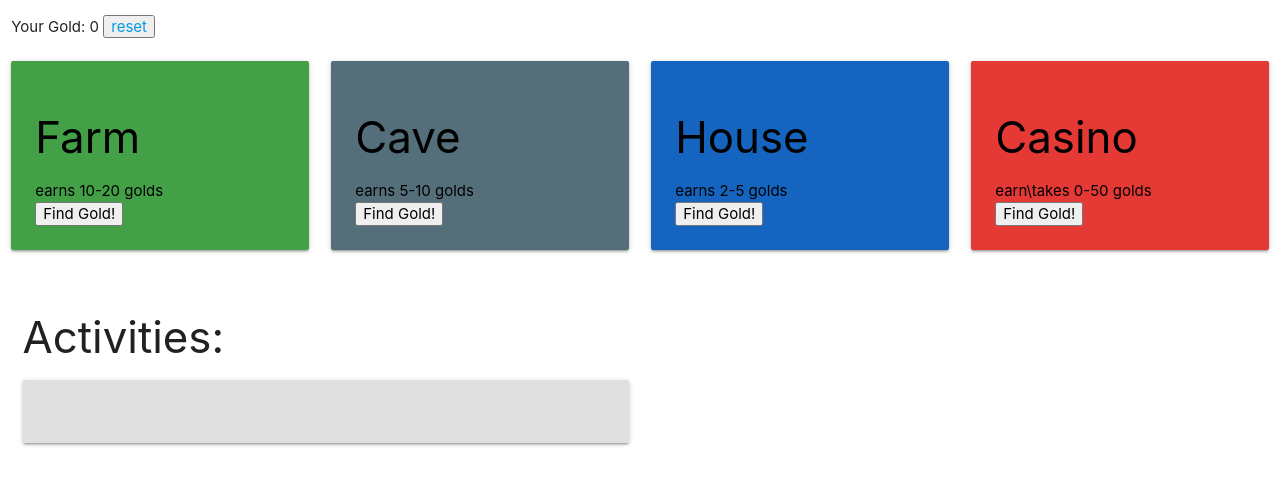
Repository: bvnger/Ninja_gold_flask
Page: http://localhost/
An editor plug-in stored every save of this project. The page is shown before and after the next save, followed by the edit.
The browser window is 1280 px wide. The pictures show the whole page.
The page is served by the project's application, run on Flask 3 (server.py).

Above is the page before, as saved 2019-11-04 14:32:36.

### templates/index.html
<!DOCTYPE html>
<html lang="en" dir="ltr">
  <head>
    <meta charset="utf-8">
    <title></title>
     <!--Import Google Icon Font-->
     <link href="https://fonts.googleapis.com/icon?family=Material+Icons" rel="stylesheet">
     <!--Import materialize.css-->
     <link type="text/css" rel="stylesheet" href="https://cdnjs.cloudflare.com/ajax/libs/materialize/1.0.0/css/materialize.css"  media="screen,projection"/>
     <!-- https://cdnjs.cloudflare.com/ajax/libs/materialize/1.0.0/css/materialize.css -->
  </head>
<body>
<div class="row">
<div class ="col s12">

        <div  action ="/process">
            <div class ="top">
            <p>Your Gold: {{session['gold']}}
            <button>
            <a href="/reset" > reset</a> </button>
            </div>
            <!-- ########################             -->
<div class ="mid"> <!--#start of buildings-->
<div class="row">

<form class="col s3" action="/process" method="POST">
    <div class="card green darken-1">
    <div class ="card-content black-text">
    <h3>Farm</h3>
    <p>earns 10-20 golds</p>
    <input type="hidden" name="building"  value="farm"></input>
    <button type="submit">Find Gold!</button>
</form>
</div>
</div> <!--end of farm-->
<form class="col s3" action="/process" method="POST">
    <div class="card blue-grey darken-1">
    <div class ="card-content black-text">
    <h3>Cave</h3>
    <p>earns 5-10 golds</p>
    <input type="hidden" name="building"  value="cave"></input>
    <button type="submit">Find Gold!</button>
</form>
</div>
</div><!--end of cave-->
<form class="col s3" action="/process" method="POST">
    <div class="card blue darken-3">
    <div class ="card-content black-text">
    <h3>House</h3>
    <p>earns 2-5 golds</p>
    <input type="hidden" name="building"  value="house"></input>
    <button type="submit">Find Gold!</button>
</form>
</div>
</div> <!--end of house-->
<form class="col s3" action="/process" method="POST">
    <div class="card red darken-1">
    <div class ="card-content black-text">
    <h3>Casino</h3>
    <p>earn\takes 0-50 golds</p>
    <input type="hidden" name="building"  value="casino"></input>
    <button type="submit">Find Gold!</button>
</form>
</div>
</div> <!--end of casino-->
</div> <!--#end of building row-->
        </div>
        <div class ="bot">
            <div class=" col m6"
            <table>
            <h3>Activities:</h3>
            <div class="card grey lighten-2">
            <div class ="card-content black-text">
            <ul class="bottom" name ="activities" value="log" class="activities">
                {% for activity in session.activities %}
                <li name="activities"  class="log" >{{activity}}
                </li>
                {% endfor %}
            </ul>

            </table>
        </div>
        </div>
        </div> <!--end of activities-->
        </div>
    </div>
</div> <!--#end of container-->
</div> <!--# end of main row-->

 <!--JavaScript at end of body for optimized loading-->
<script type="text/javascript" src="https://cdnjs.cloudflare.com/ajax/libs/materialize/1.0.0/js/materialize.js"></script>
</body>
</html>

### server.py
from flask import Flask, render_template, request, redirect, session
from datetime import datetime
import random
app = Flask(__name__)
app.secret_key="qwertyuiop"

@app.route('/')
def hello_world():
    gold ="gold"
    if "gold" not in session:
        session["gold"]= 0
    if "counter" not in session:
        session["counter"]=0
    if "activities" not in session:
        session["activities"]=[]
    return render_template("index.html")

@app.route("/process", methods=["POST"])

def processgold():
    date_time = datetime.now()
    print(session)
    print(request.form)
    if request.form["building"] == "farm":
            place = "farm"
            gold = random.randint(10,20)
            session["gold"]+= gold
            session['counter'] += 1
            message = f"You have visited {place} and gained {gold} gold! {date_time}"
            session['activities'].insert(0,message)
            return redirect('/')
    if request.form["building"] == "cave":
        place =  "cave"
        gold = random.randint(5,10)
        session['gold']+= gold
        session['counter'] += 1
        message = f"You have visited {place} and gained {gold} gold! {date_time}"
        session['activities'].insert(0,message)
        return redirect('/')
    if request.form["building"] == "house":
        place = "house"
        gold =random.randint(2,5)
        session['gold']+= gold
        session['counter'] += 1
        message = f"You have visited {place} and gained {gold} gold! {date_time}"
        session['activities'].insert(0,message)
        return redirect('/')
    if request.form["building"] == "casino":
        place = "casino"
        gold = random.randint(0,100) -50
        session['gold']+= gold
        session['counter'] += 1
        message = f"You have visited {place} and gained {gold} gold! {date_time}"
        session['activities'].insert(0,message)
        return redirect('/')
    return redirect('/')

@app.route('/reset')
def reset():
    session.clear()
    return redirect('/')

def edit(request):
    if request.method =="POST":
        request.session.clear()
    return render('/edit.html')


if __name__=="__main__":
    app.run(debug=True)

After the next save:
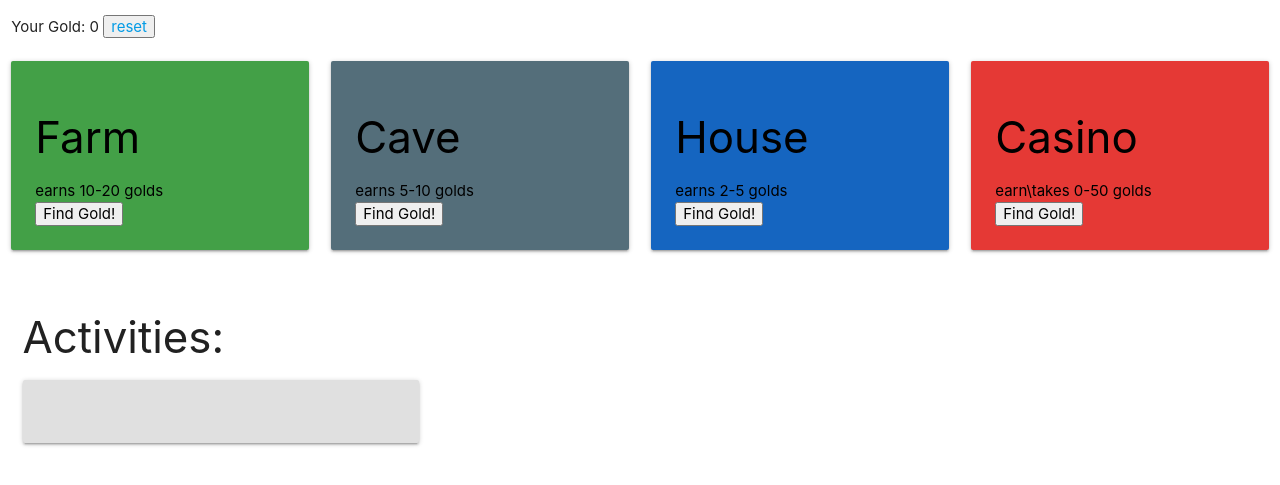
Saved 12 s later.
--- a/templates/index.html
+++ b/templates/index.html
@@ -66,7 +66,7 @@
 </div> <!--#end of building row-->
         </div>
         <div class ="bot">
-            <div class=" col m6"
+            <div class=" col m4"
             <table>
             <h3>Activities:</h3>
             <div class="card grey lighten-2">

After the save that followed:
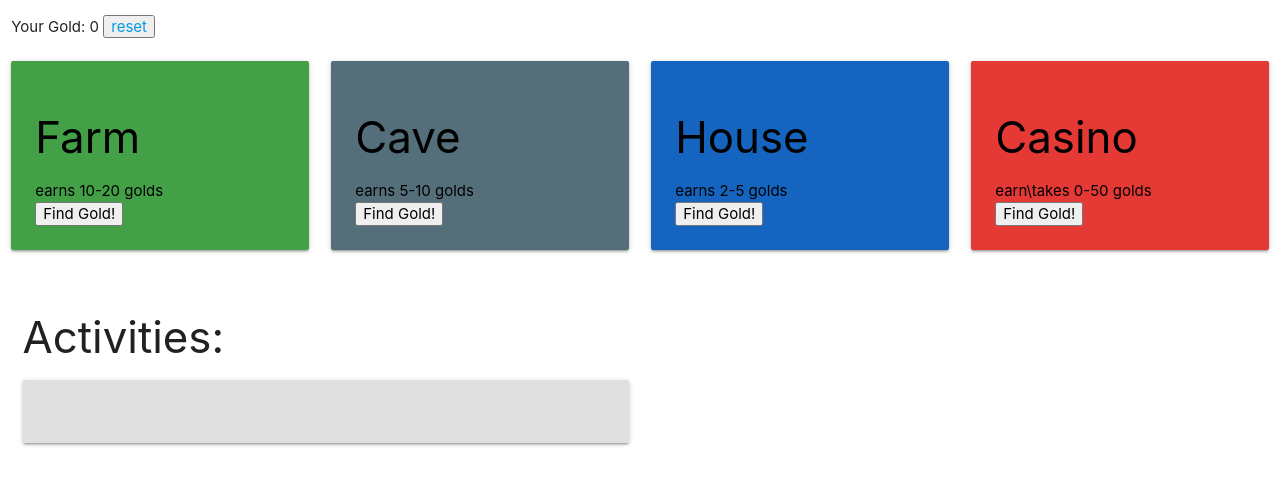
Saved 19 s later.
--- a/templates/index.html
+++ b/templates/index.html
@@ -66,7 +66,7 @@
 </div> <!--#end of building row-->
         </div>
         <div class ="bot">
-            <div class=" col m4"
+            <div class=" col m6"
             <table>
             <h3>Activities:</h3>
             <div class="card grey lighten-2">
@@ -80,7 +80,6 @@
 
             </table>
         </div>
-        </div>
         </div> <!--end of activities-->
         </div>
     </div>
